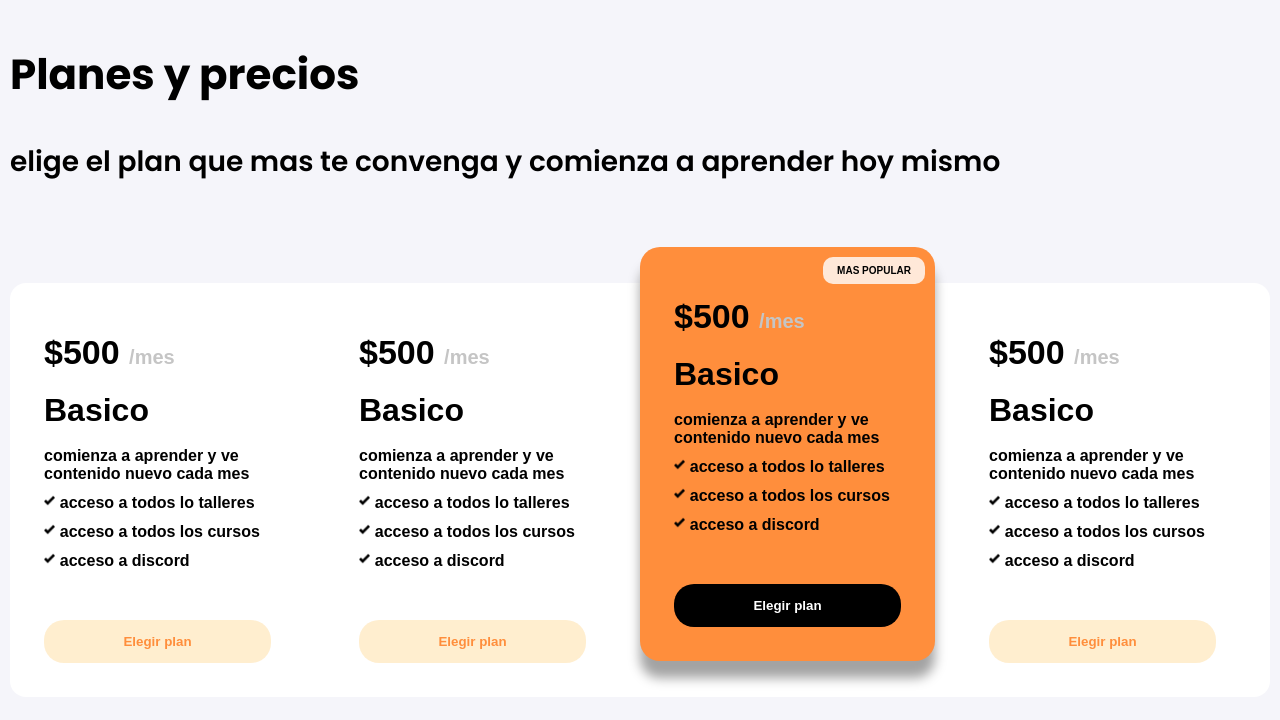
Repository: darkmantiz2/Tarjetas-planes
Page: index.html
An editor plug-in stored every save of this project. The page is shown before and after the next save, followed by the edit.
The browser window is 1280 px wide. The pictures show the whole page.

Above is the page before, as saved 2022-01-11 15:12:48.

After the next save:
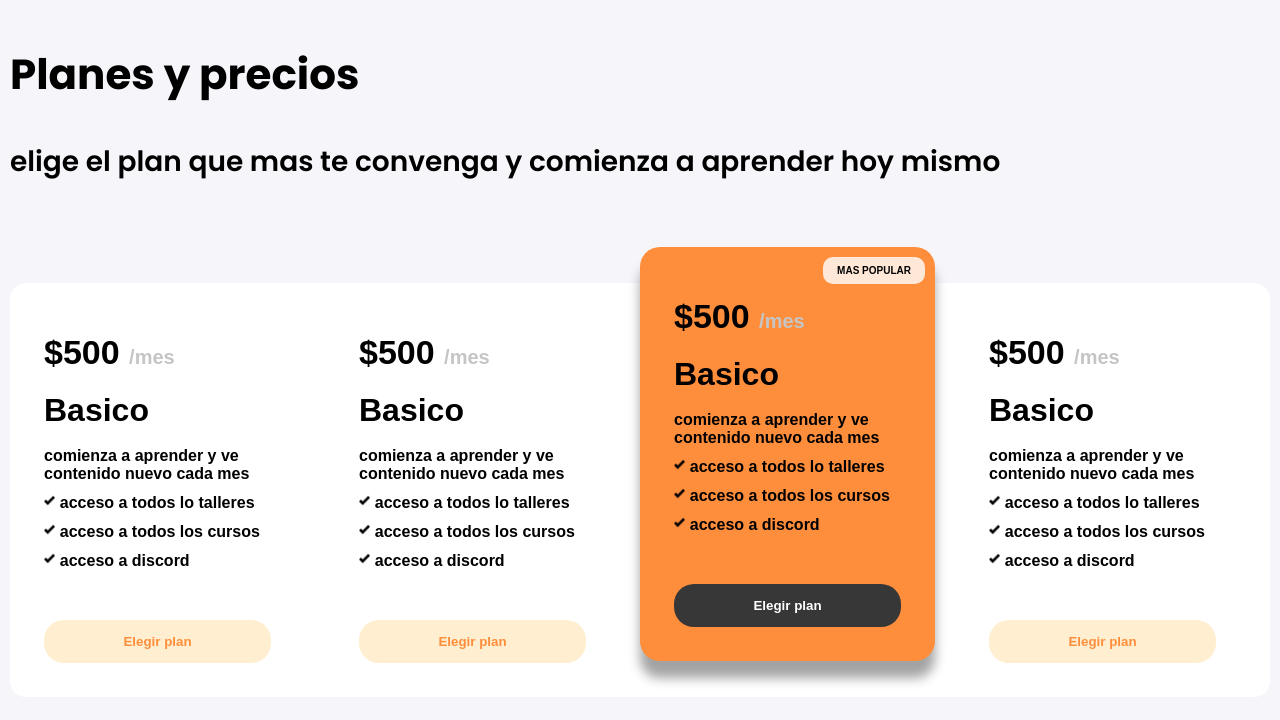
Saved 25 s later.
--- a/css/index.css
+++ b/css/index.css
@@ -133,7 +133,7 @@ body {
 .card-button-orange {
   width: 100%;
   padding: 14px 37px 14px 37px;
-  background-color: black;
+  background-color: var(--black);
   border-radius: 20px;
   color: var(--white);
   border: none;
